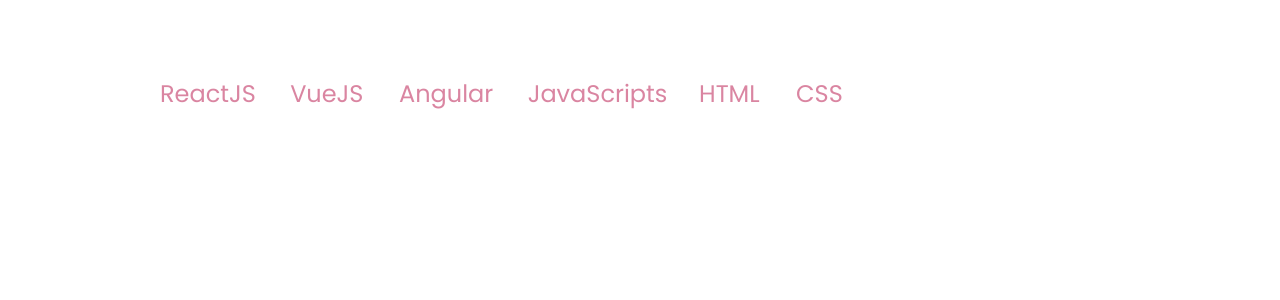
Repository: HoangLong0210/TabsUI
Page: index.html
The author's editor kept a copy of each file at every save. The page is drawn from the files as they stood at one save, then again after the next save.
The browser window is 1280 px wide. The pictures show the whole page.

Above is the page before, as saved 2022-05-16 11:31:12.

After the next save:
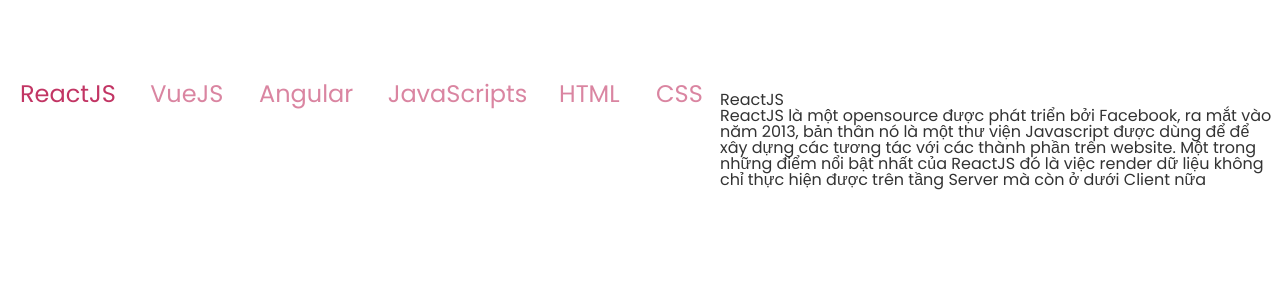
Saved 18 s later.
--- a/style.css
+++ b/style.css
@@ -36,18 +36,18 @@
 }
 
 .tab__item {
-    min-width: 80px;
-    padding: 16px 20px 11px 20px;
-    font-size: 20px;
-    text-align: center;
-    color: #c23564;
-    background-color: #fff;
-    border-top-left-radius: 5px;
-    border-top-right-radius: 5px;
-    border-bottom: 5px solid transparent;
-    opacity: 0.6;
-    cursor: pointer;
-    transition: all 0.5s ease;
+  min-width: 80px;
+  padding: 16px 20px 11px 20px;
+  font-size: 20px;
+  text-align: center;
+  color: #c23564;
+  background-color: #fff;
+  border-top-left-radius: 5px;
+  border-top-right-radius: 5px;
+  border-bottom: 5px solid transparent;
+  opacity: 0.6;
+  cursor: pointer;
+  transition: all 0.5s ease;
 }
 
 .fab {
@@ -63,7 +63,7 @@
   border-color: rgba(194, 53, 100, 0.1);
 }
 
-.tab__item__active {
+.tab__item.active {
   opacity: 1;
 }
 
@@ -76,7 +76,7 @@
   display: none;
 }
 
-.content__description__active {
+.content__description.active {
   display: block;
 }
 
